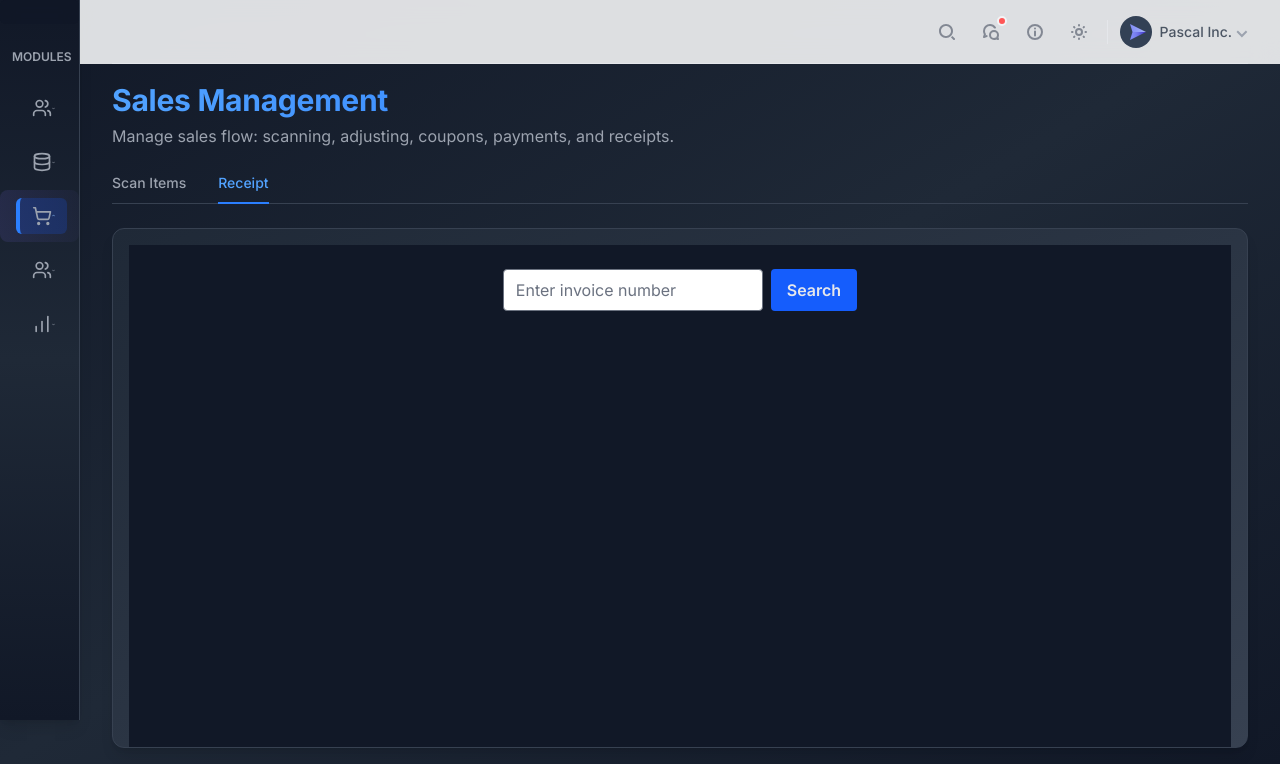
Repository: chykesure/grox-supermarket
Page: /sales/receipt
The author's editor kept a copy of each file at every save. The page is drawn from the files as they stood at one save, then again after the next save.
The browser window is 1280 px wide. The pictures show the whole page.
An inner scrolling area shows only its first screen. The project was rebuilt for these pictures with package versions that can differ from the ones it lists, and the page was loaded fresh each time. Some packages were replaced by stand-ins written for this rebuild. Also part of the build but not shown: vite.config.js, src/components/DropdownFilter.jsx, src/lib/utils.ts, src/components/ui/calendar.jsx, src/components/ui/popover.jsx, src/components/Datepicker.jsx, src/pages/pos/Dashboard.jsx, src/pages/Menu.jsx and 62 more.

Above is the page before, as saved 2025-11-09 20:18:25.

### index.html
<!DOCTYPE html>
<html lang="en">
  <head>
    <meta charset="UTF-8" />
    <link rel="icon" type="image/svg+xml" href="/src/favicon.svg" />
    <meta name="viewport" content="width=device-width, initial-scale=1.0" />
    <title>Vite App</title>
    <script>
      if (localStorage.theme === 'dark' || !('theme' in localStorage)) {
        document.querySelector('html').classList.add('dark');
        document.querySelector('html').style.colorScheme = 'dark';
      } else {
        document.querySelector('html').classList.remove('dark');
        document.querySelector('html').style.colorScheme = 'light';
      }
    </script>
  </head>
  <body class="font-inter antialiased bg-gray-100 dark:bg-gray-900 text-gray-600 dark:text-gray-400">
    <noscript>You need to enable JavaScript to run this app.</noscript>
    <script>
        if (localStorage.getItem('sidebar-expanded') == 'true') {
            document.querySelector('body').classList.add('sidebar-expanded');
        } else {
            document.querySelector('body').classList.remove('sidebar-expanded');
        }
    </script>
    <div id="root"></div>
    <script type="module" src="/src/main.jsx"></script>
  </body>
</html>

### src/utils/ThemeContext.jsx
import { createContext, useContext, useState, useEffect } from 'react';

const ThemeContext = createContext({
  currentTheme: 'light',
  changeCurrentTheme: () => {},
});

export default function ThemeProvider({children}) {
  const persistedTheme = localStorage.getItem('theme');
  const [theme, setTheme] = useState(persistedTheme || 'light');

  const changeCurrentTheme = (newTheme) => {
    setTheme(newTheme);
    localStorage.setItem('theme', newTheme);
  };

  useEffect(() => {
    document.documentElement.classList.add('**:transition-none!');
    if (theme === 'light') {
      document.documentElement.classList.remove('dark');
      document.documentElement.style.colorScheme = 'light';
    } else {
      document.documentElement.classList.add('dark');
      document.documentElement.style.colorScheme = 'dark';
    }

    const transitionTimeout = setTimeout(() => {
      document.documentElement.classList.remove('**:transition-none!');
    }, 1);

    return () => clearTimeout(transitionTimeout);
  }, [theme]);

  return <ThemeContext.Provider value={{ currentTheme: theme, changeCurrentTheme }}>{children}</ThemeContext.Provider>;
}

export const useThemeProvider = () => useContext(ThemeContext);

### src/charts/ChartjsConfig.jsx
// Import Chart.js
import { Chart, Tooltip } from 'chart.js';
// Import Tailwind config
import { adjustColorOpacity, getCssVariable } from '../utils/Utils';

Chart.register(Tooltip);

// Define Chart.js default settings
Chart.defaults.font.family = '"Inter", sans-serif';
Chart.defaults.font.weight = 500;
Chart.defaults.plugins.tooltip.borderWidth = 1;
Chart.defaults.plugins.tooltip.displayColors = false;
Chart.defaults.plugins.tooltip.mode = 'nearest';
Chart.defaults.plugins.tooltip.intersect = false;
Chart.defaults.plugins.tooltip.position = 'nearest';
Chart.defaults.plugins.tooltip.caretSize = 0;
Chart.defaults.plugins.tooltip.caretPadding = 20;
Chart.defaults.plugins.tooltip.cornerRadius = 8;
Chart.defaults.plugins.tooltip.padding = 8;

// Function that generates a gradient for line charts
export const chartAreaGradient = (ctx, chartArea, colorStops) => {
  if (!ctx || !chartArea || !colorStops || colorStops.length === 0) {
    return 'transparent';
  }
  const gradient = ctx.createLinearGradient(0, chartArea.bottom, 0, chartArea.top);
  colorStops.forEach(({ stop, color }) => {
    gradient.addColorStop(stop, color);
  });
  return gradient;
};

export const chartColors = {
  textColor: {
    light: getCssVariable('--color-gray-400'),
    dark: getCssVariable('--color-gray-500'),
  },
  gridColor: {
    light: getCssVariable('--color-gray-100'),
    dark: adjustColorOpacity(getCssVariable('--color-gray-700'), 0.6),
  },
  backdropColor: {
    light: getCssVariable('--color-white'),
    dark: getCssVariable('--color-gray-800'),
  },
  tooltipTitleColor: {
    light: getCssVariable('--color-gray-800'),
    dark: getCssVariable('--color-gray-100'),
  },
  tooltipBodyColor : {
    light: getCssVariable('--color-gray-500'),
    dark: getCssVariable('--color-gray-400')
  },
  tooltipBgColor: {
    light: getCssVariable('--color-white'),
    dark: getCssVariable('--color-gray-700'),
  },
  tooltipBorderColor: {
    light: getCssVariable('--color-gray-200'),
    dark: getCssVariable('--color-gray-600'),
  },
};

### src/css/additional-styles/utility-patterns.css
/* Typography */
.h1 {
    @apply text-4xl font-extrabold tracking-tighter;
}

.h2 {
    @apply text-3xl font-extrabold tracking-tighter;
}

.h3 {
    @apply text-3xl font-extrabold;
}

.h4 {
    @apply text-2xl font-extrabold tracking-tight;
}

@media (width >= theme(--breakpoint-md)) {
    .h1 {
        @apply text-5xl;
    }

    .h2 {
        @apply text-4xl;
    }
}

/* Buttons */
.btn,
.btn-lg,
.btn-sm,
.btn-xs {
    @apply font-medium text-sm inline-flex items-center justify-center border border-transparent rounded-lg leading-5 shadow-xs transition;
}

.btn {
    @apply px-3 py-2;
}

.btn-lg {
    @apply px-4 py-3;
}

.btn-sm {
    @apply px-2 py-1;
}

.btn-xs {
    @apply px-2 py-0.5;
}

/* Forms */
input[type="search"]::-webkit-search-decoration,
input[type="search"]::-webkit-search-cancel-button,
input[type="search"]::-webkit-search-results-button,
input[type="search"]::-webkit-search-results-decoration {
  -webkit-appearance: none;
}

.form-input,
.form-textarea,
.form-multiselect,
.form-select,
.form-checkbox,
.form-radio {
    @apply bg-white dark:bg-gray-900/30 border focus:ring-0 focus:ring-offset-0 dark:disabled:bg-gray-700/30 dark:disabled:border-gray-700 dark:disabled:hover:border-gray-700;
}

.form-checkbox {
    @apply rounded-sm;
}

.form-input,
.form-textarea,
.form-multiselect,
.form-select {
    @apply text-sm text-gray-800 dark:text-gray-100 leading-5 py-2 px-3 border-gray-200 hover:border-gray-300 focus:border-gray-300 dark:border-gray-700/60 dark:hover:border-gray-600 dark:focus:border-gray-600 shadow-xs rounded-lg;
}

.form-input,
.form-textarea {
    @apply placeholder-gray-400 dark:placeholder-gray-500;
}

.form-select {
    @apply pr-10;
}

.form-checkbox,
.form-radio {
    @apply text-violet-500 checked:bg-violet-500 checked:border-transparent border border-gray-300 dark:border-gray-700/60 dark:checked:border-transparent focus-visible:ring-2 focus-visible:ring-violet-500/50;
}

/* Switch element */
.form-switch {
    @apply relative select-none;
    width: 44px;
}

.form-switch label {
    @apply block overflow-hidden cursor-pointer h-6 rounded-full;
}

.form-switch label > span:first-child {
    @apply absolute block rounded-full;
    width: 20px;
    height: 20px;
    top: 2px;
    left: 2px;
    right: 50%;
    transition: all .15s ease-out;
}

.form-switch input[type="checkbox"] + label {
  @apply bg-gray-400 dark:bg-gray-700;
}

.form-switch input[type="checkbox"]:checked + label {
  @apply bg-violet-500;
}

.form-switch input[type="checkbox"]:checked + label > span:first-child {
    left: 22px;
}

.form-switch input[type="checkbox"]:disabled + label {
    @apply cursor-not-allowed bg-gray-100 dark:bg-gray-700/20 border border-gray-200 dark:border-gray-700/60;
}

.form-switch input[type="checkbox"]:disabled + label > span:first-child {
    @apply bg-gray-400 dark:bg-gray-600;
}

/* Chrome, Safari and Opera */
.no-scrollbar::-webkit-scrollbar {
  display: none;
}

.no-scrollbar {
  -ms-overflow-style: none;  /* IE and Edge */
  scrollbar-width: none;  /* Firefox */
}

### src/partials/Banner.jsx
import React, { useState } from 'react';

function Banner() {

  const [bannerOpen, setBannerOpen] = useState(true);
  const query = new URLSearchParams(location.search);
  const template = query.get('template');
  const liteLink =
    template === 'laravel'
      ? 'https://github.com/cruip/laravel-tailwindcss-admin-dashboard-template'
      : 'https://github.com/cruip/tailwind-dashboard-template';

  return (
    <>
    { bannerOpen && (
      <div className="fixed bottom-0 right-0 w-full md:bottom-8 md:right-12 md:w-auto z-50">

      </div>
    )}
    </>
  );
}

export default Banner;

### src/pages/pos/sales/Receipt.jsx
import React, { useState, useRef, useEffect } from "react";
import axios from "axios";
import { useParams } from "react-router-dom"; // ✅ For reading invoice number from URL
import { FaShoppingBag } from "react-icons/fa"; // 👈 add this import at the top

function Receipt() {
  const receiptRef = useRef();
  const { invoiceNumber: invoiceFromUrl } = useParams(); // ✅ e.g. /sales/receipt/13 → invoiceFromUrl = "13"
  const [invoiceNumber, setInvoiceNumber] = useState(invoiceFromUrl || "");
  const [sale, setSale] = useState(null);
  const [error, setError] = useState("");

  // ✅ Auto-fetch sale if URL contains an invoice number
  useEffect(() => {
    if (invoiceFromUrl) {
      fetchSale(invoiceFromUrl);
    }
  }, [invoiceFromUrl]);

  const fetchSale = async (number) => {
    try {
      const res = await axios.get(`http://localhost:8080/api/sales/invoice/${number}`);
      setSale(res.data);
      setError("");
    } catch (err) {
      console.error("Error fetching sale:", err);
      setSale(null);
      setError("Sale not found");
    }
  };

  const handleSearch = () => {
    if (invoiceNumber) fetchSale(invoiceNumber);
  };

  const handlePrint = () => {
    if (receiptRef.current) {
      const printContents = receiptRef.current.innerHTML;
      const originalContents = document.body.innerHTML;
      document.body.innerHTML = printContents;
      window.print();
      document.body.innerHTML = originalContents;
      window.location.reload();
    }
  };

  const subtotal = sale?.items?.reduce((sum, item) => sum + item.price * item.quantity, 0) || 0;
  const tax = subtotal * 0.075;
  const total = subtotal + tax;
  const amountPaid = sale?.total || 0;
  const paymentMethod = sale?.paymentMode || "-";
  const currentDate = sale?.date ? new Date(sale.date).toLocaleString() : "";

  return (
    <div className="flex flex-col items-center bg-gray-900 text-gray-200 p-6 min-h-screen">
      {/* 🔍 Search Bar */}
      {!invoiceFromUrl && (
        <div className="flex mb-4 space-x-2">
          <input
            type="text"
            placeholder="Enter invoice number"
            value={invoiceNumber}
            onChange={(e) => setInvoiceNumber(e.target.value)}
            className="px-3 py-2 rounded text-gray-900"
          />
          <button
            onClick={handleSearch}
            className="px-4 py-2 bg-blue-600 hover:bg-blue-500 rounded font-semibold"
          >
            Search
          </button>
        </div>
      )}

      {error && <p className="text-red-500 mb-4">{error}</p>}

      {/* 🧾 Receipt Section */}
      {sale && (
        <>
          <h1 className="text-3xl font-bold mb-4 bg-gradient-to-r from-blue-400 to-blue-600 bg-clip-text text-transparent">
            Receipt
          </h1>

          <div
            ref={receiptRef}
            className="w-full max-w-md bg-gray-800 p-6 rounded-lg shadow-lg text-gray-200"
          >
            <div className="text-center mb-4">
              <div className="flex justify-center items-center mb-2 space-x-2">
                <FaShoppingBag className="text-blue-400 text-3xl" />
                <h2 className="text-2xl font-bold text-white">Grox Shopping Store</h2>
              </div>

              <p className="text-gray-400">B338 Imo-Akure Road, Ilesha, Osun State</p>
              <p className="text-gray-400">{currentDate}</p>

              <div className="mt-3 inline-block bg-yellow-400 text-gray-900 px-3 py-1 rounded-md font-bold shadow">
                🧾 Invoice #: {sale.invoiceNumber}
              </div>
            </div>

            <table className="w-full mb-4 border-collapse border border-gray-600">
              <thead>
                <tr className="border-b border-gray-600">
                  <th className="px-2 py-1 text-left">Item</th>
                  <th className="px-2 py-1 text-center">Qty</th>
                  <th className="px-2 py-1 text-right">Price</th>
                  <th className="px-2 py-1 text-right">Total</th>
                </tr>
              </thead>
              <tbody>
                {sale.items.map((item, index) => (
                  <tr key={index} className="border-b border-gray-600">
                    <td className="px-2 py-1">{item.productName}</td>
                    <td className="px-2 py-1 text-center">{item.quantity}</td>
                    <td className="px-2 py-1 text-right">₦{item.price.toLocaleString()}</td>
                    <td className="px-2 py-1 text-right">
                      ₦{(item.price * item.quantity).toLocaleString()}
                    </td>
                  </tr>
                ))}
              </tbody>
            </table>

            <div className="mb-2 space-y-1">
              <div className="flex justify-between font-bold text-lg">
                <span>Total:</span>
                <span>₦{subtotal.toLocaleString()}</span>
              </div>
              <div className="flex justify-between">
                <span>Paid:</span>
                <span>₦{amountPaid.toLocaleString()}</span>
              </div>
              <div className="flex justify-between">
                <span>Payment Method:</span>
                <span>{paymentMethod}</span>
              </div>
            </div>

            <p className="text-center mt-4 italic text-gray-400">
              Thank you for shopping with us!
            </p>
          </div>

          <button
            onClick={handlePrint}
            className="mt-6 py-2 px-4 bg-blue-600 hover:bg-blue-500 rounded font-semibold"
          >
            🖨️ Print Receipt
          </button>
        </>
      )}
    </div>
  );
}

export default Receipt;

### src/partials/SidebarLinkGroup.jsx
import React, { useState } from 'react';

function SidebarLinkGroup({
  children,
  activecondition,
}) {

  const [open, setOpen] = useState(activecondition);

  const handleClick = () => {
    setOpen(!open);
  }

  return (
    <li className={`pl-4 pr-3 py-2 rounded-lg mb-0.5 last:mb-0 bg-linear-to-r ${activecondition && 'from-violet-500/[0.12] dark:from-violet-500/[0.24] to-violet-500/[0.04]'}`}>
      {children(handleClick, open)}
    </li>
  );
}

export default SidebarLinkGroup;

### src/components/ThemeToggle.jsx
import React from "react";
import { useThemeProvider } from "../utils/ThemeContext";

export default function ThemeToggle() {
  const { currentTheme, changeCurrentTheme } = useThemeProvider();

  return (
    <div>
      <input
        type="checkbox"
        name="light-switch"
        id="light-switch"
        className="light-switch sr-only"
        checked={currentTheme === "light"}
        onChange={() => changeCurrentTheme(currentTheme === "light" ? "dark" : "light")}
      />
      <label
        className="flex items-center justify-center cursor-pointer w-8 h-8 hover:bg-gray-100 lg:hover:bg-gray-200 dark:hover:bg-gray-700/50 dark:lg:hover:bg-gray-800 rounded-full"
        htmlFor="light-switch"
      >
        <svg
          className="dark:hidden fill-current text-gray-500/80 dark:text-gray-400/80"
          width={16}
          height={16}
          viewBox="0 0 16 16"
          xmlns="http://www.w3.org/2000/svg"
        >
          <path d="M8 0a1 1 0 0 1 1 1v.5a1 1 0 1 1-2 0V1a1 1 0 0 1 1-1Z" />
          <path d="M12 8a4 4 0 1 1-8 0 4 4 0 0 1 8 0Zm-4 2a2 2 0 1 0 0-4 2 2 0 0 0 0 4Z" />
          <path d="M13.657 3.757a1 1 0 0 0-1.414-1.414l-.354.354a1 1 0 0 0 1.414 1.414l.354-.354ZM13.5 8a1 1 0 0 1 1-1h.5a1 1 0 1 1 0 2h-.5a1 1 0 0 1-1-1ZM13.303 11.889a1 1 0 0 0-1.414 1.414l.354.354a1 1 0 0 0 1.414-1.414l-.354-.354ZM8 13.5a1 1 0 0 1 1 1v.5a1 1 0 1 1-2 0v-.5a1 1 0 0 1 1-1ZM4.111 13.303a1 1 0 1 0-1.414-1.414l-.354.354a1 1 0 1 0 1.414 1.414l.354-.354ZM0 8a1 1 0 0 1 1-1h.5a1 1 0 0 1 0 2H1a1 1 0 0 1-1-1ZM3.757 2.343a1 1 0 1 0-1.414 1.414l.354.354A1 1 0 1 0 4.11 2.697l-.354-.354Z" />
        </svg>
        <svg
          className="hidden dark:block fill-current text-gray-500/80 dark:text-gray-400/80"
          width={16}
          height={16}
          viewBox="0 0 16 16"
          xmlns="http://www.w3.org/2000/svg"
        >
          <path d="M11.875 4.375a.625.625 0 1 0 1.25 0c.001-.69.56-1.249 1.25-1.25a.625.625 0 1 0 0-1.25 1.252 1.252 0 0 1-1.25-1.25.625.625 0 1 0-1.25 0 1.252 1.252 0 0 1-1.25 1.25.625.625 0 1 0 0 1.25c.69.001 1.249.56 1.25 1.25Z" />
          <path d="M7.019 1.985a1.55 1.55 0 0 0-.483-1.36 1.44 1.44 0 0 0-1.53-.277C2.056 1.553 0 4.5 0 7.9 0 12.352 3.648 16 8.1 16c3.407 0 6.246-2.058 7.51-4.963a1.446 1.446 0 0 0-.25-1.55 1.554 1.554 0 0 0-1.372-.502c-4.01.552-7.539-2.987-6.97-7ZM2 7.9C2 5.64 3.193 3.664 4.961 2.6 4.82 7.245 8.72 11.158 13.36 11.04 12.265 12.822 10.341 14 8.1 14 4.752 14 2 11.248 2 7.9Z" />
        </svg>
        <span className="sr-only">Switch to light / dark version</span>
      </label>
    </div>
  );
}

Loaded but not shown: src/main.jsx (common file); src/utils/Utils.js (63 lines, source omitted); src/components/ModalSearch.jsx (260 lines, source omitted); src/partials/Sidebar.jsx (284 lines, source omitted); src/components/DropdownNotifications.jsx (112 lines, source omitted); src/App.jsx (125 lines, source omitted); src/components/DropdownHelp.jsx (121 lines, source omitted); src/css/style.css (138 lines, source omitted); src/components/DropdownProfile.jsx (100 lines, source omitted); src/partials/Header.jsx (79 lines, source omitted); src/pages/pos/sales/SalesMgt.jsx (106 lines, source omitted); src/utils/Transition.jsx (116 lines, source omitted)

After the next save:
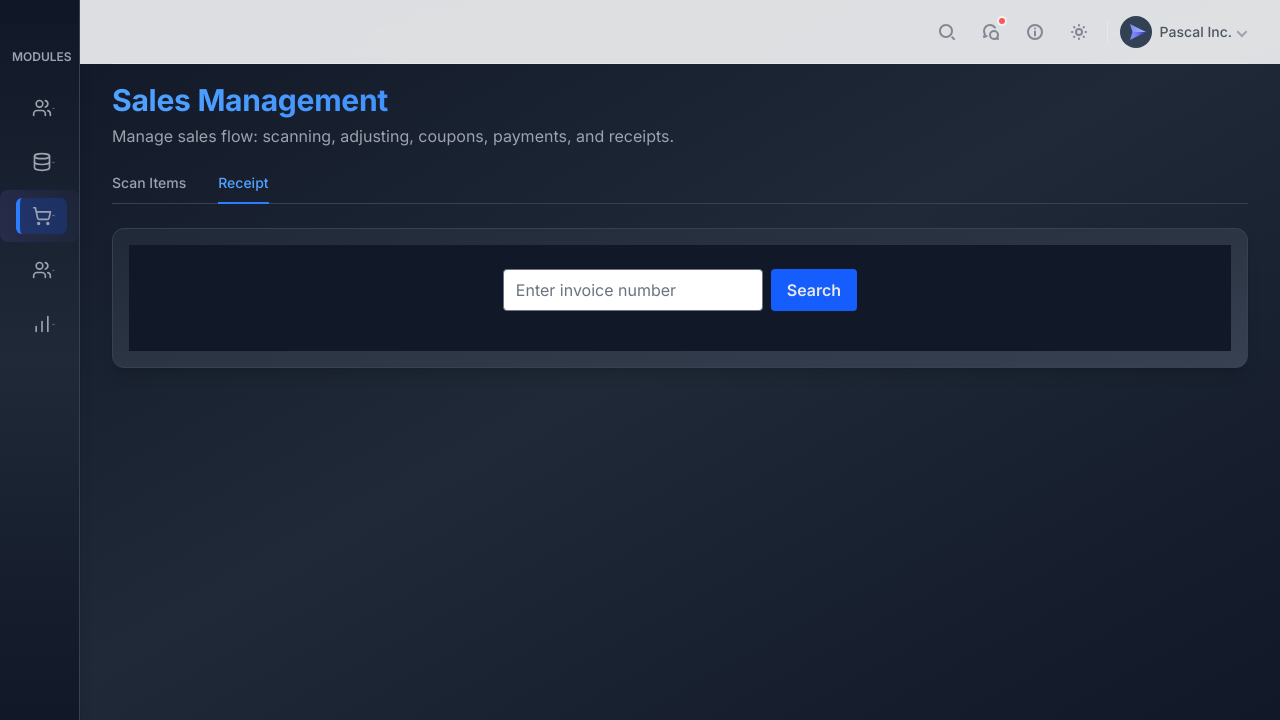
Saved 19 s later.
--- a/src/pages/pos/sales/Receipt.jsx
+++ b/src/pages/pos/sales/Receipt.jsx
@@ -1,36 +1,38 @@
-import React, { useState, useRef, useEffect } from "react";
+import React, { useState, useEffect, useRef } from "react";
 import axios from "axios";
-import { useParams } from "react-router-dom"; // ✅ For reading invoice number from URL
-import { FaShoppingBag } from "react-icons/fa"; // 👈 add this import at the top
+import { useLocation } from "react-router-dom";
+import { FaShoppingBag } from "react-icons/fa";
 
 function Receipt() {
   const receiptRef = useRef();
-  const { invoiceNumber: invoiceFromUrl } = useParams(); // ✅ e.g. /sales/receipt/13 → invoiceFromUrl = "13"
-  const [invoiceNumber, setInvoiceNumber] = useState(invoiceFromUrl || "");
+  const location = useLocation();
+  const [invoiceNumber, setInvoiceNumber] = useState("");
   const [sale, setSale] = useState(null);
   const [error, setError] = useState("");
 
-  // ✅ Auto-fetch sale if URL contains an invoice number
+  // ✅ Automatically populate invoice number from navigation state
   useEffect(() => {
-    if (invoiceFromUrl) {
-      fetchSale(invoiceFromUrl);
+    if (location.state?.invoiceNumber) {
+      setInvoiceNumber(location.state.invoiceNumber);
+      fetchSale(location.state.invoiceNumber);
     }
-  }, [invoiceFromUrl]);
+  }, [location.state]);
 
   const fetchSale = async (number) => {
+    if (!number) return;
     try {
       const res = await axios.get(`http://localhost:8080/api/sales/invoice/${number}`);
       setSale(res.data);
       setError("");
     } catch (err) {
-      console.error("Error fetching sale:", err);
+      console.error(err);
       setSale(null);
       setError("Sale not found");
     }
   };
 
   const handleSearch = () => {
-    if (invoiceNumber) fetchSale(invoiceNumber);
+    fetchSale(invoiceNumber);
   };
 
   const handlePrint = () => {
@@ -52,29 +54,25 @@ function Receipt() {
   const currentDate = sale?.date ? new Date(sale.date).toLocaleString() : "";
 
   return (
-    <div className="flex flex-col items-center bg-gray-900 text-gray-200 p-6 min-h-screen">
-      {/* 🔍 Search Bar */}
-      {!invoiceFromUrl && (
-        <div className="flex mb-4 space-x-2">
-          <input
-            type="text"
-            placeholder="Enter invoice number"
-            value={invoiceNumber}
-            onChange={(e) => setInvoiceNumber(e.target.value)}
-            className="px-3 py-2 rounded text-gray-900"
-          />
-          <button
-            onClick={handleSearch}
-            className="px-4 py-2 bg-blue-600 hover:bg-blue-500 rounded font-semibold"
-          >
-            Search
-          </button>
-        </div>
-      )}
+    <div className="flex flex-col items-center bg-gray-900 text-gray-200 p-6">
+      <div className="flex mb-4 space-x-2">
+        <input
+          type="text"
+          placeholder="Enter invoice number"
+          value={invoiceNumber}
+          onChange={(e) => setInvoiceNumber(e.target.value)}
+          className="px-3 py-2 rounded text-gray-900"
+        />
+        <button
+          onClick={handleSearch}
+          className="px-4 py-2 bg-blue-600 hover:bg-blue-500 rounded font-semibold"
+        >
+          Search
+        </button>
+      </div>
 
       {error && <p className="text-red-500 mb-4">{error}</p>}
 
-      {/* 🧾 Receipt Section */}
       {sale && (
         <>
           <h1 className="text-3xl font-bold mb-4 bg-gradient-to-r from-blue-400 to-blue-600 bg-clip-text text-transparent">
@@ -103,9 +101,9 @@ function Receipt() {
               <thead>
                 <tr className="border-b border-gray-600">
                   <th className="px-2 py-1 text-left">Item</th>
-                  <th className="px-2 py-1 text-center">Qty</th>
-                  <th className="px-2 py-1 text-right">Price</th>
-                  <th className="px-2 py-1 text-right">Total</th>
+                  <th className="px-2 py-1">Qty</th>
+                  <th className="px-2 py-1">Price</th>
+                  <th className="px-2 py-1">Total</th>
                 </tr>
               </thead>
               <tbody>
@@ -114,9 +112,7 @@ function Receipt() {
                     <td className="px-2 py-1">{item.productName}</td>
                     <td className="px-2 py-1 text-center">{item.quantity}</td>
                     <td className="px-2 py-1 text-right">₦{item.price.toLocaleString()}</td>
-                    <td className="px-2 py-1 text-right">
-                      ₦{(item.price * item.quantity).toLocaleString()}
-                    </td>
+                    <td className="px-2 py-1 text-right">₦{(item.price * item.quantity).toLocaleString()}</td>
                   </tr>
                 ))}
               </tbody>
@@ -137,16 +133,14 @@ function Receipt() {
               </div>
             </div>
 
-            <p className="text-center mt-4 italic text-gray-400">
-              Thank you for shopping with us!
-            </p>
+            <p className="text-center mt-4">Thank you for shopping with us!</p>
           </div>
 
           <button
             onClick={handlePrint}
             className="mt-6 py-2 px-4 bg-blue-600 hover:bg-blue-500 rounded font-semibold"
           >
-            🖨️ Print Receipt
+            Print Receipt
           </button>
         </>
       )}
